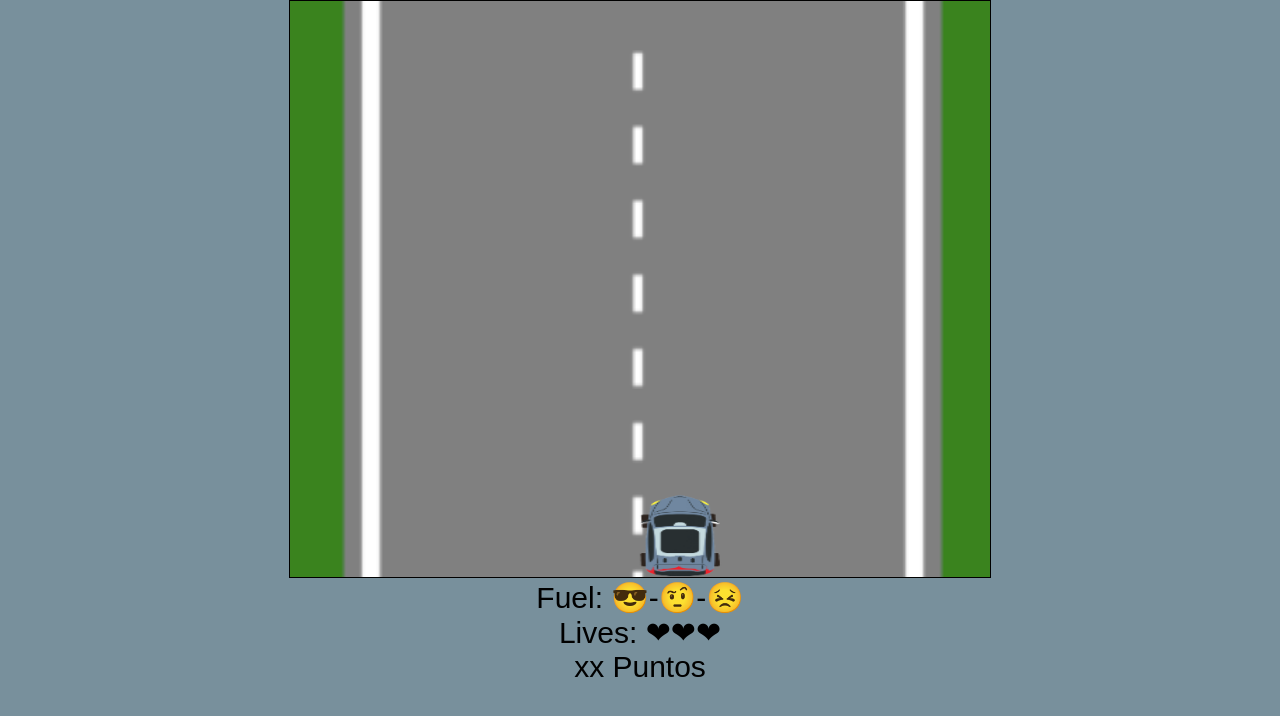
Repository: ChristianGecchelin/ironCarGame
Page: canvas.html
These files come from the project's save history. The page is drawn as it stood at one moment and after the next save; the edit follows.
The browser window is 1280 px wide. The pictures show the whole page.

Above is the page before, as saved 2022-06-14 16:09:53.

After the next save:
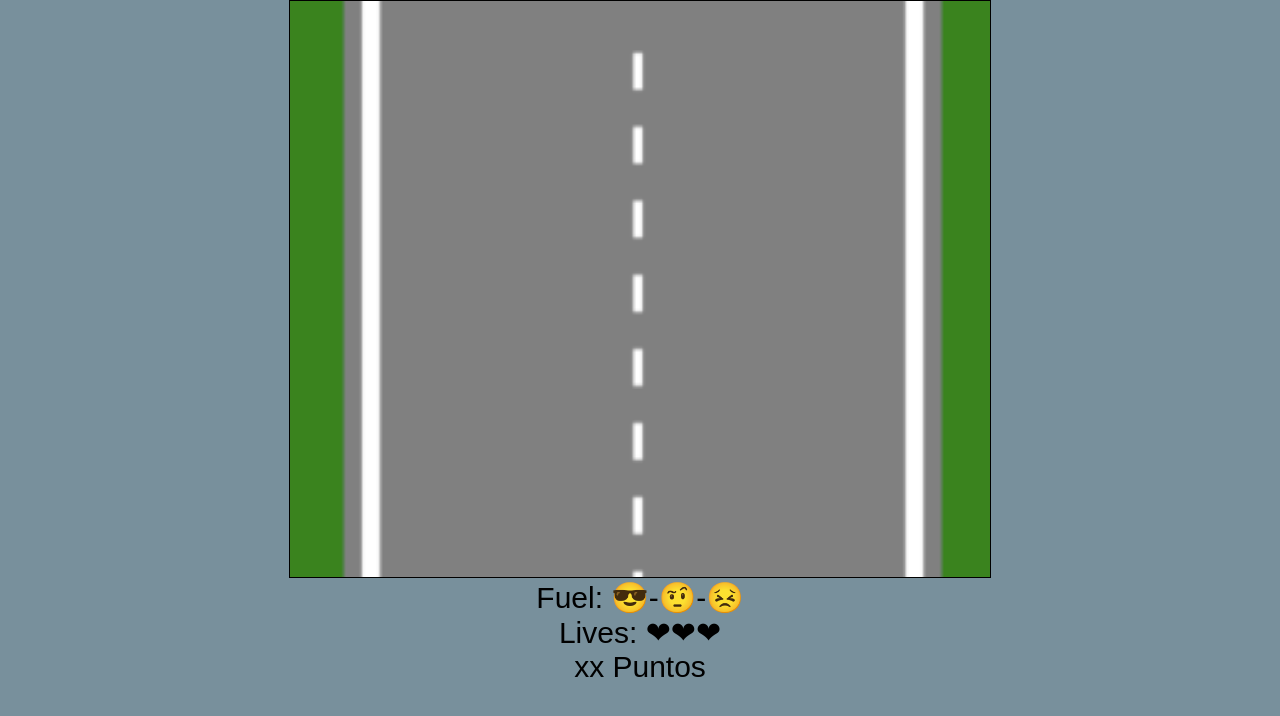
Console error: SyntaxError: Unexpected token '}'
Saved 4 min 2 s later.
--- a/src/coche.js
+++ b/src/coche.js
@@ -23,6 +23,9 @@
     ) {
       console.log("colision frontal");
     }
+    else if(
+        (this.y>=objeto.y||this.y+this.alto>=objeto.y)
+    )
   }
 }
 

After the 2 saves that followed:
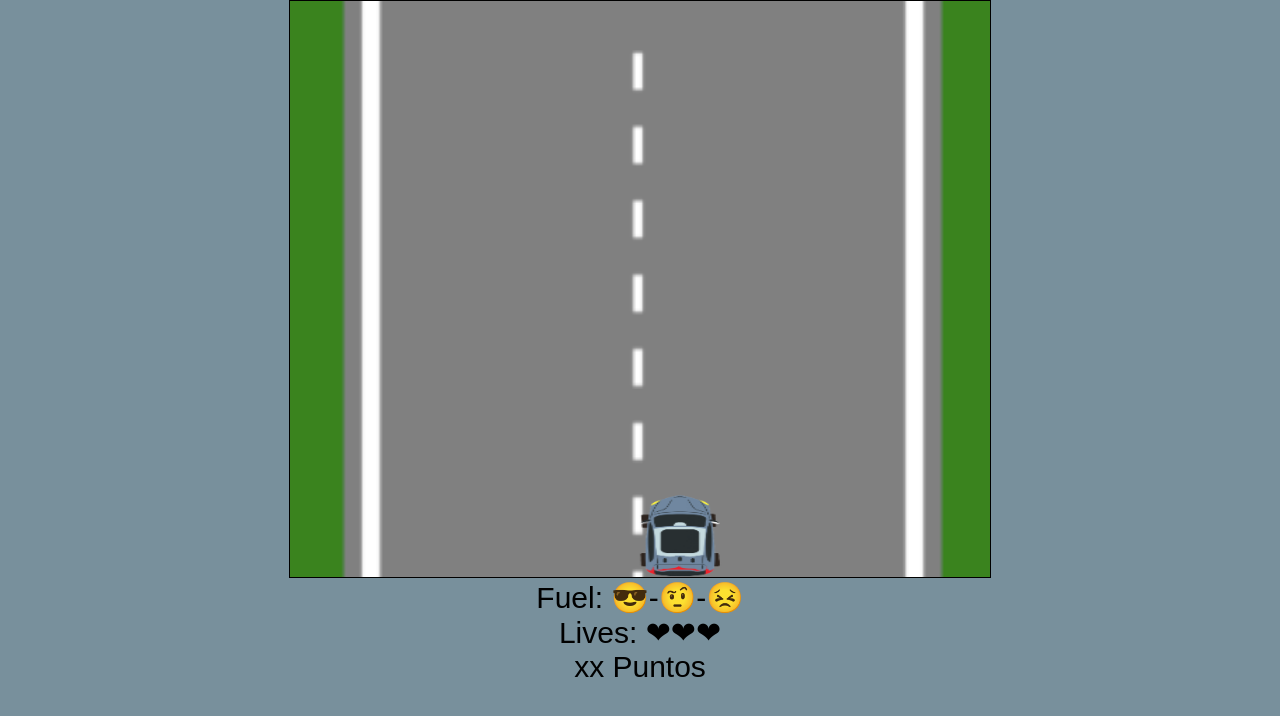
The error is gone.
The 2 saves are shown as one change because 1 left the picture as it was.
The last was saved 67 s later.
--- a/src/coche.js
+++ b/src/coche.js
@@ -22,10 +22,12 @@
       this.y >= objeto.y
     ) {
       console.log("colision frontal");
+    } else if (
+      (this.y >= objeto.y || this.y + this.alto >= objeto.y) &&
+      this.x + this.ancho >= objeto.x
+    ) {
+      console.log("colision izq");
     }
-    else if(
-        (this.y>=objeto.y||this.y+this.alto>=objeto.y)
-    )
   }
 }
 
